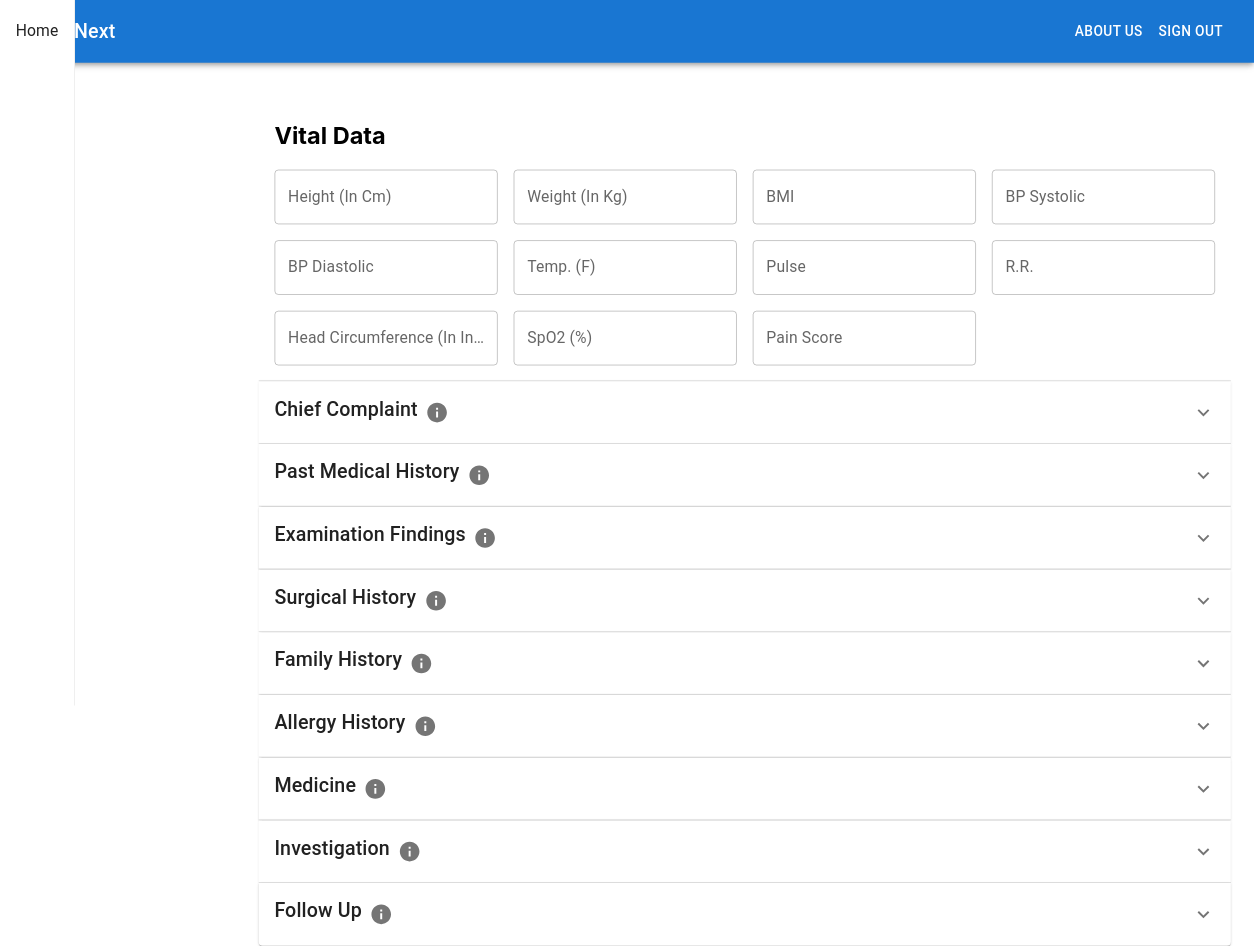
Repository: sshaiv/demo_project
Page: /
An editor plug-in stored every save of this project. The page is shown before and after the next save, followed by the edit.
The browser window is 1280 px wide. The pictures show the whole page, at 98% of full size.
The project was rebuilt for these pictures with package versions that can differ from the ones it lists, and the page was loaded fresh each time.

Above is the page before, as saved 2024-08-12 20:01:17.

### src/App.js
import React from 'react';
import { Container, Box } from '@mui/material';
import Header from './components/Header';
import Sidebar from './components/Sidebar';
import VitalData from './components/VitalData';
import AccordionSection from './components/AccordionSection';
import MedicineSection from './components/MedicineSection';
import FollowUpSection from './components/FollowUpSection';

const App = () => {
  return (
    <div style={{ display: 'flex' }}>
      <Header />
      <Sidebar />
      <Container style={{ marginTop: '64px', marginLeft: '240px' }}>
        <Box mt={3}>
          <VitalData />
          <AccordionSection title="Chief Complaint" />
          <AccordionSection title="Past Medical History" />
          <AccordionSection title="Examination Findings" />
          <AccordionSection title="Surgical History" />
          <AccordionSection title="Family History" />
          <AccordionSection title="Allergy History" />
          <MedicineSection />
          <AccordionSection title="Investigation" />
          <FollowUpSection />
        </Box>
      </Container>
    </div>
  );
};

export default App;

### src/components/Header.js
import React from 'react';
import { AppBar, Toolbar, Typography, Button } from '@mui/material';

const Header = () => (
  <AppBar position="fixed">
    <Toolbar>
      <Typography variant="h6" style={{ flexGrow: 1 }}>
        MedoNext
      </Typography>
      <Button color="inherit">About Us</Button>
      <Button color="inherit">Sign Out</Button>
    </Toolbar>
  </AppBar>
);

export default Header;

### src/components/Sidebar.js
import React from 'react';
import { Drawer, List, ListItem, ListItemText } from '@mui/material';

const Sidebar = () => {
  return (
    <Drawer variant="permanent">
      <List>
        <ListItem button>
          <ListItemText primary="Home" />
        </ListItem>
        {/* Add other menu items here */}
      </List>
    </Drawer>
  );
}

export default Sidebar;

### src/components/VitalData.js
import React from 'react';
import { TextField, Grid } from '@mui/material';

const VitalData = () => {
  return (
    <div style={{ padding: 16 }}>
      <h2>Vital Data</h2>
      <Grid container spacing={2}>
        <Grid item xs={12} sm={6} md={3}>
          <TextField label="Height (In Cm)" fullWidth />
        </Grid>
        <Grid item xs={12} sm={6} md={3}>
          <TextField label="Weight (In Kg)" fullWidth />
        </Grid>
        <Grid item xs={12} sm={6} md={3}>
          <TextField label="BMI" fullWidth />
        </Grid>
        <Grid item xs={12} sm={6} md={3}>
          <TextField label="BP Systolic" fullWidth />
        </Grid>
        <Grid item xs={12} sm={6} md={3}>
          <TextField label="BP Diastolic" fullWidth />
        </Grid>
        <Grid item xs={12} sm={6} md={3}>
          <TextField label="Temp. (F)" fullWidth />
        </Grid>
        <Grid item xs={12} sm={6} md={3}>
          <TextField label="Pulse" fullWidth />
        </Grid>
        <Grid item xs={12} sm={6} md={3}>
          <TextField label="R.R." fullWidth />
        </Grid>
        <Grid item xs={12} sm={6} md={3}>
          <TextField label="Head Circumference (In Inch)" fullWidth />
        </Grid>
        <Grid item xs={12} sm={6} md={3}>
          <TextField label="SpO2 (%)" fullWidth />
        </Grid>
        <Grid item xs={12} sm={6} md={3}>
          <TextField label="Pain Score" fullWidth />
        </Grid>
      </Grid>
    </div>
  );
}

export default VitalData;

### src/components/AccordionSection.js
import React from 'react';
import { Accordion, AccordionSummary, AccordionDetails, TextField, Typography } from '@mui/material';
import ExpandMoreIcon from '@mui/icons-material/ExpandMore';
import InfoIcon from '@mui/icons-material/Info';
import IconButton from '@mui/material/IconButton';

const AccordionSection = ({ title }) => {
  return (
    <Accordion>
      <AccordionSummary expandIcon={<ExpandMoreIcon />}>
        <Typography variant="h6">{title}</Typography>
        <IconButton>
          <InfoIcon />
        </IconButton>
      </AccordionSummary>
      <AccordionDetails>
        <TextField label={`Search ${title}`} fullWidth margin="normal" />
      </AccordionDetails>
    </Accordion>
  );
};

export default AccordionSection;

### src/components/MedicineSection.js
import React from 'react';
import { Accordion, AccordionSummary, AccordionDetails, TextField, Typography, Box, Grid, Button } from '@mui/material';
import ExpandMoreIcon from '@mui/icons-material/ExpandMore';
import InfoIcon from '@mui/icons-material/Info';
import IconButton from '@mui/material/IconButton';

const MedicineSection = () => {
  return (
    <Accordion>
      <AccordionSummary expandIcon={<ExpandMoreIcon />}>
        <Typography variant="h6">Medicine</Typography>
        <IconButton>
          <InfoIcon />
        </IconButton>
      </AccordionSummary>
      <AccordionDetails>
        <Box>
          <TextField label="Search Medicine" fullWidth margin="normal" />
          <TextField label="Search Generic Medicine" fullWidth margin="normal" />
          <Grid container spacing={3}>
            <Grid item xs={12} sm={6} md={4}>
              <TextField label="Unit" fullWidth />
            </Grid>
            <Grid item xs={12} sm={6} md={4}>
              <TextField label="Frequency" fullWidth />
            </Grid>
            <Grid item xs={12} sm={6} md={4}>
              <TextField label="Duration" fullWidth />
            </Grid>
            <Grid item xs={12} sm={6} md={4}>
              <TextField label="Start From" fullWidth />
            </Grid>
            <Grid item xs={12} sm={6} md={4}>
              <TextField label="Instruction" fullWidth />
            </Grid>
          </Grid>
          <Button variant="contained" color="primary" style={{ marginTop: '16px' }}>
            Create New Template
          </Button>
        </Box>
      </AccordionDetails>
    </Accordion>
  );
};

export default MedicineSection;

### src/components/FollowUpSection.js
import React from 'react';
import { Accordion, AccordionSummary, AccordionDetails, TextField, Typography, Grid, Button } from '@mui/material';
import ExpandMoreIcon from '@mui/icons-material/ExpandMore';
import InfoIcon from '@mui/icons-material/Info';
import IconButton from '@mui/material/IconButton';

const FollowUpSection = () => {
  return (
    <Accordion>
      <AccordionSummary expandIcon={<ExpandMoreIcon />}>
        <Typography variant="h6">Follow Up</Typography>
        <IconButton>
          <InfoIcon />
        </IconButton>
      </AccordionSummary>
      <AccordionDetails>
        <Grid container spacing={3}>
          <Grid item xs={12} sm={6}>
            <TextField label="Date Time" fullWidth />
          </Grid>
          <Grid item xs={12} sm={6}>
            <TextField label="Remark" fullWidth />
          </Grid>
          <Grid item xs={12} sm={6}>
            <TextField label="Refer Doctor" fullWidth />
          </Grid>
          <Grid item xs={12} sm={6}>
            <TextField label="Remark" fullWidth />
          </Grid>
        </Grid>
        <Button variant="contained" color="primary" style={{ marginTop: '16px' }}>
          Follow Up Save
        </Button>
      </AccordionDetails>
    </Accordion>
  );
};

export default FollowUpSection;

Loaded but not shown: public/index.html (common file); src/index.js (common file); src/index.css (common file)

After the next save:
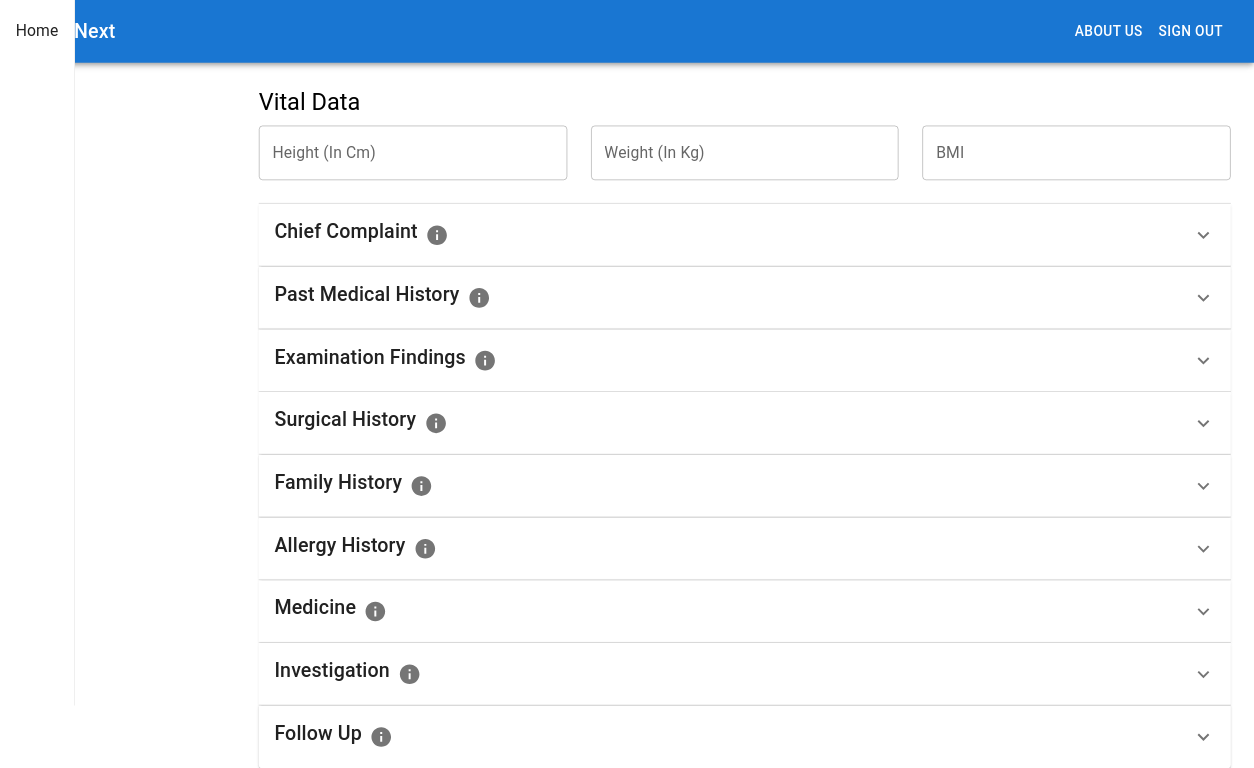
Saved 7 s later.
--- a/src/components/VitalData.js
+++ b/src/components/VitalData.js
@@ -1,47 +1,26 @@
 import React from 'react';
-import { TextField, Grid } from '@mui/material';
+import { TextField, Grid, Box, Typography } from '@mui/material';
 
 const VitalData = () => {
   return (
-    <div style={{ padding: 16 }}>
-      <h2>Vital Data</h2>
-      <Grid container spacing={2}>
-        <Grid item xs={12} sm={6} md={3}>
+    <Box mb={3}>
+      <Typography variant="h5" gutterBottom>
+        Vital Data
+      </Typography>
+      <Grid container spacing={3}>
+        <Grid item xs={12} sm={6} md={4}>
           <TextField label="Height (In Cm)" fullWidth />
         </Grid>
-        <Grid item xs={12} sm={6} md={3}>
+        <Grid item xs={12} sm={6} md={4}>
           <TextField label="Weight (In Kg)" fullWidth />
         </Grid>
-        <Grid item xs={12} sm={6} md={3}>
+        <Grid item xs={12} sm={6} md={4}>
           <TextField label="BMI" fullWidth />
         </Grid>
-        <Grid item xs={12} sm={6} md={3}>
-          <TextField label="BP Systolic" fullWidth />
-        </Grid>
-        <Grid item xs={12} sm={6} md={3}>
-          <TextField label="BP Diastolic" fullWidth />
-        </Grid>
-        <Grid item xs={12} sm={6} md={3}>
-          <TextField label="Temp. (F)" fullWidth />
-        </Grid>
-        <Grid item xs={12} sm={6} md={3}>
-          <TextField label="Pulse" fullWidth />
-        </Grid>
-        <Grid item xs={12} sm={6} md={3}>
-          <TextField label="R.R." fullWidth />
-        </Grid>
-        <Grid item xs={12} sm={6} md={3}>
-          <TextField label="Head Circumference (In Inch)" fullWidth />
-        </Grid>
-        <Grid item xs={12} sm={6} md={3}>
-          <TextField label="SpO2 (%)" fullWidth />
-        </Grid>
-        <Grid item xs={12} sm={6} md={3}>
-          <TextField label="Pain Score" fullWidth />
-        </Grid>
+        {/* Add more fields as necessary */}
       </Grid>
-    </div>
+    </Box>
   );
-}
+};
 
 export default VitalData;
